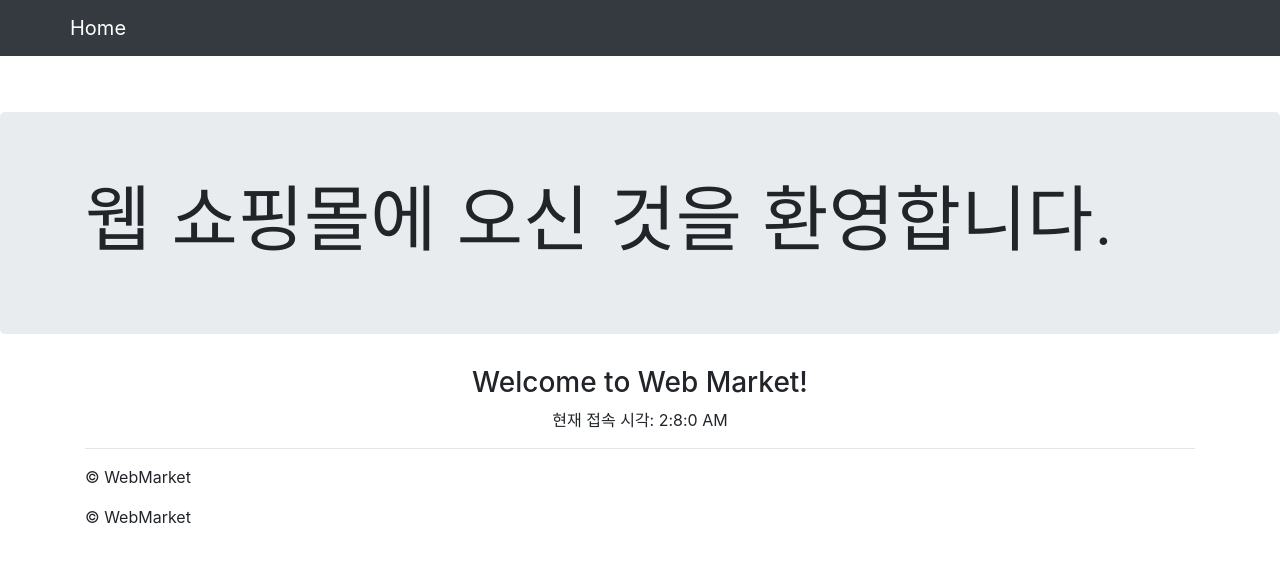
Repository: lhj257/jspwrokspace
Page: http://localhost/WebMarket/welcome.jsp
The author's editor kept a copy of each file at every save. The page is drawn from the files as they stood at one save, then again after a run of saves.
The browser window is 1280 px wide. The pictures show the whole page.
The page is served by Tomcat 9. Nobody is signed in. The application's start-up code is not run.

Above is the page before, as saved 2023-08-23 05:03:01.

After the next 2 saves:
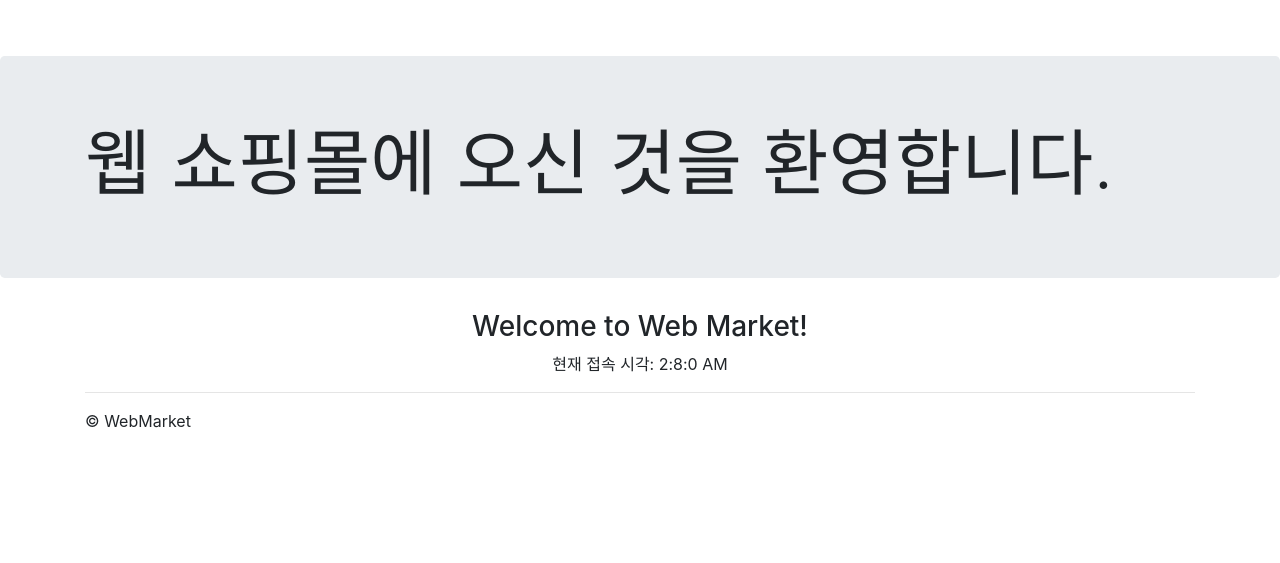
The 2 saves are shown as one change because they came seconds apart.
The last was saved 11 s later.
--- a/WebMarket/src/main/webapp/welcome.jsp
+++ b/WebMarket/src/main/webapp/welcome.jsp
@@ -1,6 +1,6 @@
 <%@ page language="java" contentType="text/html; charset=EUC-KR"
 	pageEncoding="EUC-KR"%>
-	<%@page import="java.util.Date" %>
+<%@page import="java.util.Date"%>
 <!DOCTYPE html>
 <html>
 <head>
@@ -12,14 +12,8 @@
 	crossorigin="anonymous">
 </head>
 <body>
-	<nav class="navbar navbar-expand navbar-dark bg-dark">
-		<div class="container">
-			<div class="navbar-header">
-				<a class="navbar-brand" href="./welcome.jsp">Home</a>
-			</div>
-		</div>
-	</nav>
-	<%@ include file="menu.jsp" %>
+
+	<%@ include file="menu.jsp"%>
 	<%!String greeting = "웹 쇼핑몰에 오신 것을 환영합니다.";
 	String tagline = "Welcome to Web Market!";%>
 	<div class="jumbotron">
@@ -30,26 +24,25 @@
 	<div class="container">
 		<div class="text-center">
 			<h3><%=tagline%></h3>
-			<%	Date day= new java.util.Date();
+			<%
+			Date day = new java.util.Date();
 			String am_pm;
-			int hour= day.getHours();
+			int hour = day.getHours();
 			int minute = day.getMinutes();
 			int second = day.getSeconds();
-			if(hour/12==00){
-			am_pm="AM";
+			if (hour / 12 == 00) {
+				am_pm = "AM";
 			} else {
-			am_pm = "PM";
-			hour=hour-12;
+				am_pm = "PM";
+				hour = hour - 12;
 			}
-			String CT=hour + ":" + minute + ":" + second + " " + am_pm;
-			out.println("현재 접속 시각: " +CT+"\n");
+			String CT = hour + ":" + minute + ":" + second + " " + am_pm;
+			out.println("현재 접속 시각: " + CT + "\n");
 			%>
 		</div>
 		<hr>
 	</div>
-	<%@ include file="footer.jsp" %>
-	<footer class="container">
-		<p>&copy; WebMarket</p>
-	</footer>
+	<%@ include file="footer.jsp"%>
+
 </body>
 </html>
